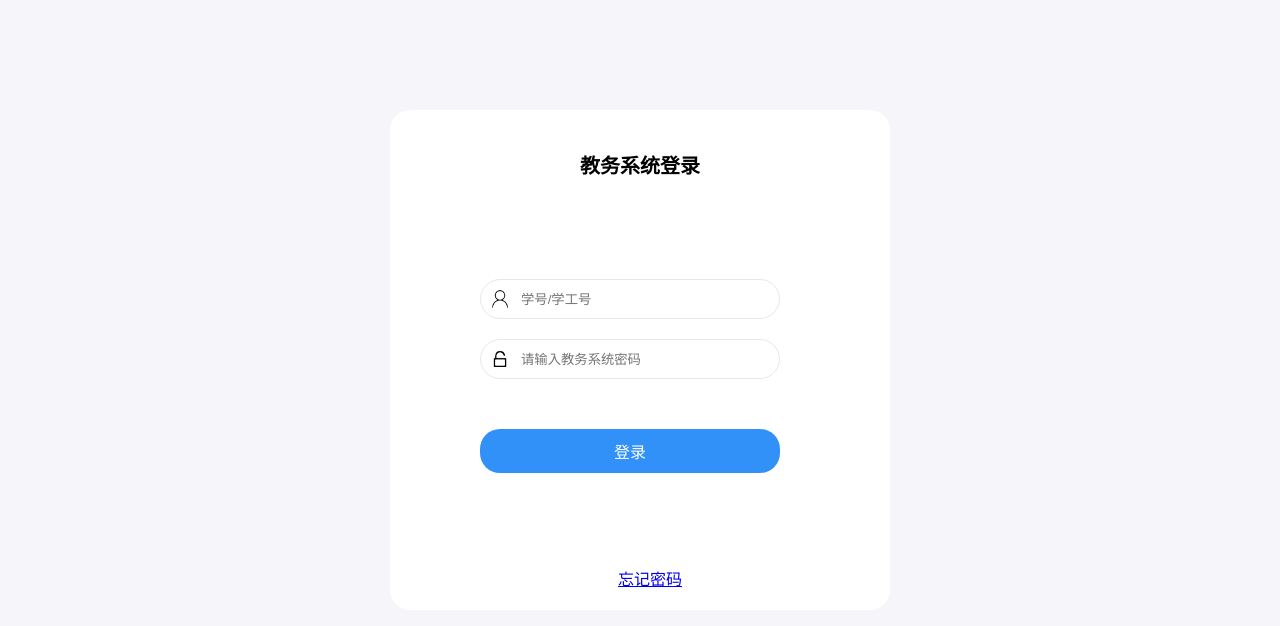
Repository: yangziteng/System
Page: / (app in myreact/)
The author's editor kept a copy of each file at every save. The page is drawn from the files as they stood at one save, then again after the next save.
The browser window is 1280 px wide. The pictures show the whole page.
The project was rebuilt for these pictures with package versions that can differ from the ones it lists, and the page was loaded fresh each time. Also part of the build but not shown: myreact/vite.config.js, myreact/src/App.css, myreact/src/App.jsx, myreact/src/log.jsx.

Above is the page before, as saved 2022-07-08 15:02:54.

### myreact/src/main.jsx
import React from 'react'
import ReactDOM from 'react-dom/client'
import App from './App'
import LOG from './log'
import './index.css'
import Login from "./pages/Login/Login"
const p = {name:"杨",age:12}
ReactDOM.createRoot(document.getElementById('root')).render(
  <React.StrictMode>
    {/* //解构赋值 语法 */}

    <Login/>


  </React.StrictMode>
)

### myreact/src/pages/Login/Login.jsx
import { useState } from 'react'
import { Component } from 'react'
import "./Login.css"
import img2 from "./images/p.png"
import img from "./images/a.png" //引入图片
class Login extends Component {
    constructor() {
        super()
    }
    render() {
        return (
            <div className='bgc'>
                <div className='model'>
                    <div className='model-head'>教务系统登录</div>
                    <div className='model-body'>
                        <div className='username'>
                            <input type="text" placeholder='学号/学工号' className='model-body-input' >
                            </input>
                            <img className='img' src={img} alt="" />
                        </div>
                        <div className='pwd'>
                            <input type="password" placeholder='请输入教务系统密码' className='model-body-input' >
                            </input>
                            <img className='img' src={img2} alt="" />
                        </div>
                        <div className='model-end'>
                            登录
                        </div>
                    </div>
                        <a className='end' href="https://jwxt.gdupt.edu.cn/index.jsp">忘记密码</a>
                </div>
            </div>
        )
    }
}
export default Login

### myreact/src/pages/Login/Login.css

.bgc{
    background-color: rgba(245,245,250);
    width: 100vw;
    height: 100vh;
    display:flex;
    align-items: center;
}
.model{
    width: 500px;
    height: 500px;
    background-color: white;
    border-radius: 20px;
    margin:0 auto;
    position: relative;
}
.model-head{
    text-align: center;
    margin-top:40px;
    font-size: 20px;
    font-weight: 800;
}
.model-body{

    margin-top:100px;

}
.username{
    display: flex;
    justify-content: center;
    align-items: center;
    position: relative;

}
.pwd{
    display: flex;
    justify-content: center;
    align-items: center;
    position: relative;
    margin-top:20px
}
.model-body-input{
    width: 300px;
    height: 40px;
    outline: none;
    border-radius: 20px;
    padding-left:40px ;
    box-sizing: border-box;
    border:1px solid #e7e7e7
}

.img{
    width: 20px;
    height: 20px;
    position: relative;
    right: 290px;
    /* right:290px */
}
.model-end{
    width: 300px;
    background-color: rgba(50,145,248);
    /* letter-spacing: 40px; */
    border-radius: 20px;
    padding: 10px 0px;
    text-align: center;
    color:white;
    margin:0 auto;
    position: relative;
    right:10px;
    margin-top:50px;
}
.end{
    position: absolute;
    bottom: 20px;
    left:50%;
    margin-left:-22px
}

Loaded but not shown: myreact/index.html (common file); myreact/src/index.css (common file)

After the next save:
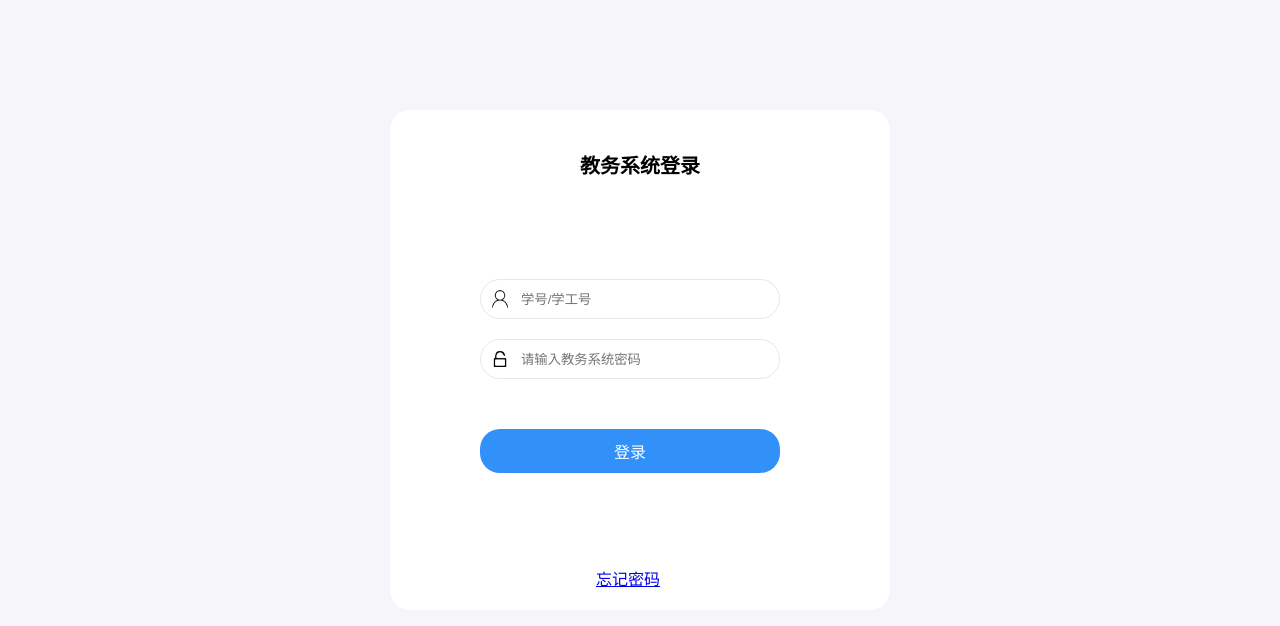
Saved 19 s later.
--- a/myreact/src/pages/Login/Login.css
+++ b/myreact/src/pages/Login/Login.css
@@ -73,5 +73,5 @@
     position: absolute;
     bottom: 20px;
     left:50%;
-    margin-left:-22px
+    margin-left:-44px
 }
